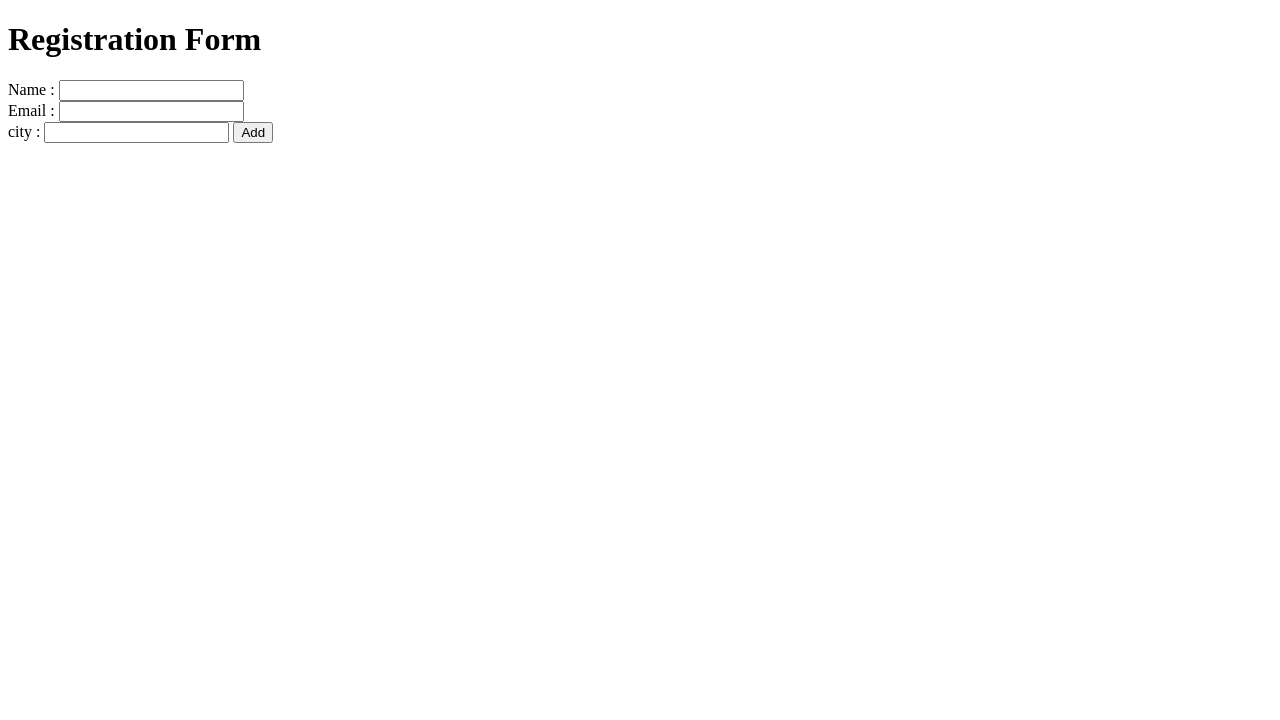
Repository: UnmeshNarayanKadam/JAVA-SPRING-HIBERNATE-PROGRAM
Page: http://localhost/spring-webapp/addCustomer.jsp
An editor plug-in stored every save of this project. The page is shown before and after a run of saves, followed by the edit.
The browser window is 1280 px wide. The pictures show the whole page.
The page is served by Tomcat 9.

Above is the page before, as saved 2023-02-27 05:42:57.

After the next 2 saves:
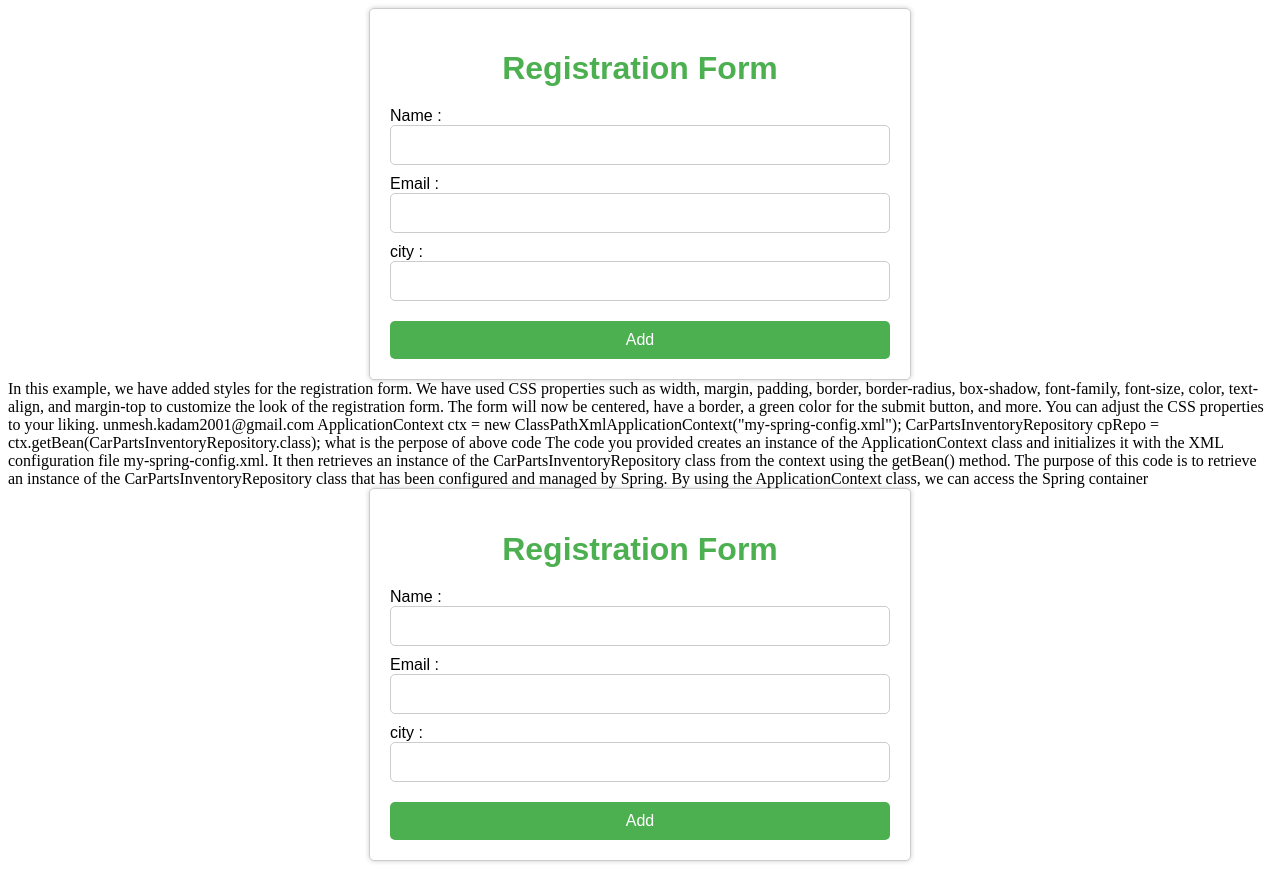
The 2 saves are shown as one change because they came seconds apart.
The last was saved 4 min 14 s later.
--- a/spring-webapp/src/main/webapp/addCustomer.jsp
+++ b/spring-webapp/src/main/webapp/addCustomer.jsp
@@ -5,6 +5,50 @@
 <head>
 <meta charset="ISO-8859-1">
 <title>Insert title here</title>
+	<style>
+		.mainDiv {
+			width: 500px;
+			margin: 0 auto;
+			padding: 20px;
+			border: 1px solid #ccc;
+			border-radius: 5px;
+			box-shadow: 0 0 5px #ccc;
+			font-family: Arial, sans-serif;
+		}
+		h1 {
+			font-family: Arial, sans-serif;
+			font-size: 32px;
+			color: #4CAF50;
+			text-align: center;
+			margin-bottom: 20px;
+		}
+		input {
+			padding: 10px;
+			border: 1px solid #ccc;
+			border-radius: 5px;
+			margin-bottom: 10px;
+			width: 100%;
+			box-sizing: border-box;
+			font-size: 16px;
+			font-family: Arial, sans-serif;
+		}
+		button[type="submit"] {
+			background-color: #4CAF50;
+			color: white;
+			padding: 10px;
+			border: none;
+			border-radius: 5px;
+			cursor: pointer;
+			font-size: 16px;
+			font-family: Arial, sans-serif;
+			margin-top: 10px;
+			width: 100%;
+			box-sizing: border-box;
+		}
+		button[type="submit"]:hover {
+			background-color: #3e8e41;
+		}
+	</style>
 </head>
 <body>
 	<div class="mainDiv">
@@ -18,3 +62,30 @@
 
 </body>
 </html>
+In this example, we have added styles for the registration form. We have used CSS properties such as width, margin, padding, border, border-radius, box-shadow, font-family, font-size, color, text-align, and margin-top to customize the look of the registration form. The form will now be centered, have a border, a green color for the submit button, and more. You can adjust the CSS properties to your liking.
+
+
+
+
+unmesh.kadam2001@gmail.com
+ApplicationContext ctx = new ClassPathXmlApplicationContext("my-spring-config.xml");
+		CarPartsInventoryRepository cpRepo = ctx.getBean(CarPartsInventoryRepository.class);                                        what is the perpose of above code
+The code you provided creates an instance of the ApplicationContext class and initializes it with the XML configuration file my-spring-config.xml. It then retrieves an instance of the CarPartsInventoryRepository class from the context using the getBean() method.
+
+The purpose of this code is to retrieve an instance of the CarPartsInventoryRepository class that has been configured and managed by Spring. By using the ApplicationContext class, we can access the Spring container
+
+
+
+</head>
+<body>
+	<div class="mainDiv">
+		<h1>Registration Form</h1>
+		<form action="add-customer">
+			Name : <input name="name" /><br> Email : <input name="email" /><br>
+			city : <input name="city" />
+			<button type="submit">Add</button>
+		</form>
+	</div>
+
+</body>
+</html>
